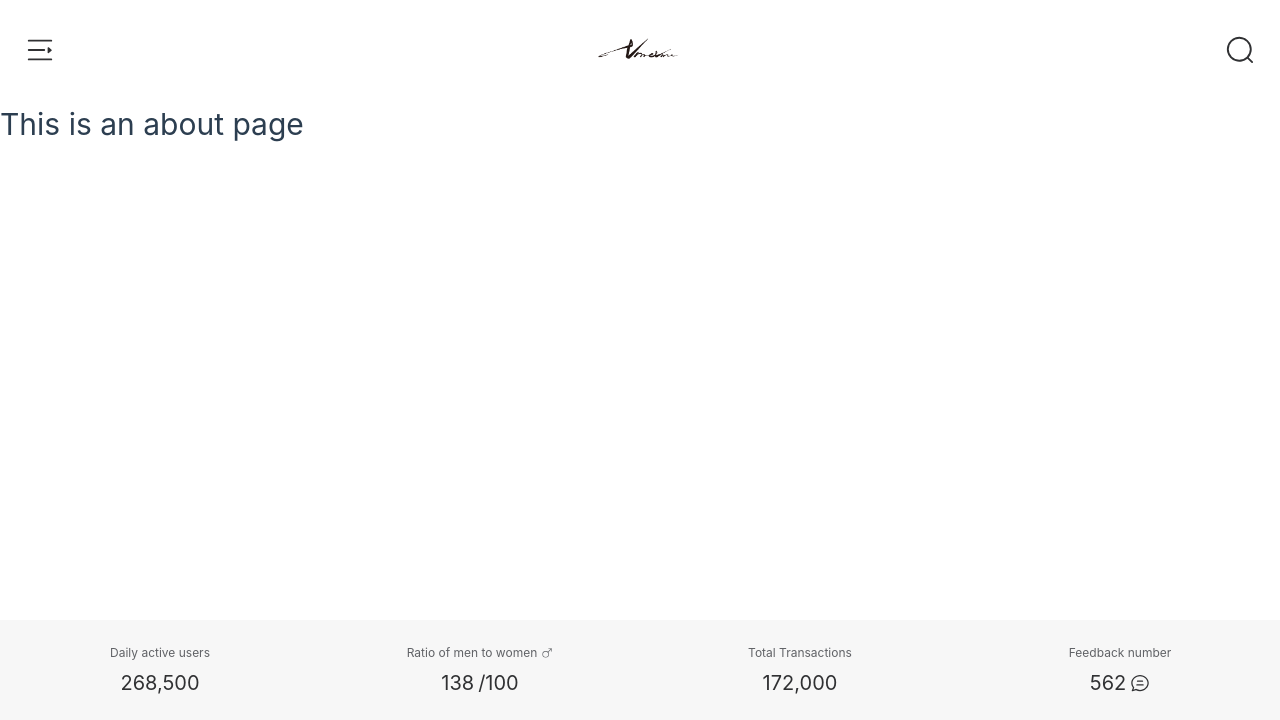
Repository: Umbrella-git/Vinevine
Page: /about
An editor plug-in stored every save of this project. The page is shown before and after the next save, followed by the edit.
The browser window is 1280 px wide. The pictures show the whole page.
The project was rebuilt for these pictures with package versions that can differ from the ones it lists, and the page was loaded fresh each time. Also part of the build but not shown: vite.config.ts, src/components/ImgComputed.vue, src/views/HomeView.vue, src/assets/iconfont.js.

Above is the page before, as saved 2025-07-24 21:30:42.

### index.html
<!DOCTYPE html>
<html lang="">
  <head>
    <meta charset="UTF-8" />
    <link rel="icon" href="src\assets\img\logo\V.svg" />
    <meta name="viewport" content="width=device-width, initial-scale=1.0" />
    <title>Vienvine</title>
  </head>
  <body>
    <div id="app"></div>
    <script type="module" src="/src/main.ts"></script>
  </body>
</html>

### src/main.ts
import "./assets/main.css";

import { createApp } from "vue";
import { createPinia } from "pinia";

import App from "./App.vue";
import router from "./router";
import ElementPlus from "element-plus";
import "element-plus/dist/index.css";

// 引入iconfont
import "@/assets/iconfont.js";

const app = createApp(App);

app.use(createPinia());
app.use(router);
app.use(ElementPlus);

app.mount("#app");

### src/assets/main.css
@import "./base.css";

/* #app {
  max-width: 1280px;
  margin: 0 auto;
  padding: 2rem;
  font-weight: normal;
} */

/* 隐藏滚动条 */
/* *::-webkit-scrollbar {
  display: none;
} */

a,
.green {
  text-decoration: none;
  color: hsla(160, 100%, 37%, 1);
  transition: 0.4s;
  padding: 3px;
}

.el-header,
.el-main,
.el-footer {
  padding: 0 !important;
}

.el-footer {
  position: fixed;
  bottom: 0;
  width: 100%;
  background: #f7f7f7;
  height: 100px !important;
}

@media (hover: hover) {
  a:hover {
    background-color: hsla(160, 100%, 37%, 0.2);
  }
}

/* @media (min-width: 1024px) {
  body {
    display: flex;
    place-items: center;
  }

  #app {
    display: grid;
    grid-template-columns: 1fr 1fr;
    padding: 0 2rem;
  }
} */

### src/App.vue
<script setup lang="ts">
import { RouterLink, RouterView } from "vue-router";
import HelloWorld from "./components/HelloWorld.vue";
import Header from "./components/Header.vue";
import Footer from "./components/Footer.vue";
</script>

<template>
  <el-header><Header /></el-header>
  <el-main><RouterView /></el-main>
  <el-footer><Footer /></el-footer>
</template>

<style>
#app {
  padding: 0;
  margin: 0;
  width: 100%;
}
.icon {
  width: 1em;
  height: 1em;
  vertical-align: -0.15em;
  fill: currentColor;
  overflow: hidden;
}
</style>

<style scoped></style>

### src/router/index.ts
import { createRouter, createWebHistory } from "vue-router";
import HomeView from "../views/HomeView.vue";

const router = createRouter({
  history: createWebHistory(import.meta.env.BASE_URL),
  routes: [
    {
      path: "/",
      name: "home",
      component: HomeView,
    },
    {
      path: "/about",
      name: "about",
      // route level code-splitting
      // this generates a separate chunk (About.[hash].js) for this route
      // which is lazy-loaded when the route is visited.
      component: () => import("../views/AboutView.vue"),
    },
  ],
});

// 路由配置中添加动态参数
// {
//   path: '/user/:id',
//   name: 'user',
//   component: () => import('@/views/UserView.vue')
// }

// // 组件内获取参数
// import { useRoute } from 'vue-router'
// const route = useRoute()
// console.log(route.params.id)  // 输出动态 id

// const routes = [
//   {
//     path: '/dashboard',
//     component: () => import('@/layouts/DashboardLayout.vue'),
//     children: [
//       { path: '', component: () => import('@/views/DashboardHome.vue') },
//       { path: 'settings', component: () => import('@/views/DashboardSettings.vue') }
//     ]
//   }
// ]

// 全局前置守卫 -->例如登录拦截功能-->需在路由文件里配置单个路由的mata
// router.beforeEach((to, from) => {
//   if (to.meta.requiresAuth && !isAuthenticated) {
//     return { name: 'login' }
//   }
// })

export default router;

### src/components/Header.vue
<template>
  <div class="header">
    <el-button text @click="table = true">
      <svg class="icon-font" width="30px" height="30px">
        <use xlink:href="#icon-zhankaicebianlan"></use>
      </svg>
    </el-button>

    <transition name="fade">
      <img
        class="logo"
        src="@/assets/img/logo/V.svg"
        width="100px"
        height="100px"
        v-if="logoFlag"
      />
      <img
        class="logo"
        src="@/assets/img/logo/VINEVINE.svg"
        width="100px"
        height="100px"
        v-else
      />
    </transition>

    <el-button text>
      <svg class="icon-font" width="30px" height="30px">
        <use xlink:href="#icon-sousuo"></use>
      </svg>
    </el-button>

    <el-drawer
      v-model="table"
      title="I have a nested table inside!"
      direction="ltr"
      size="25%"
    >
      <RouterLink to="/about">About</RouterLink>
      <RouterLink to="/">Home</RouterLink>
    </el-drawer>
  </div>
</template>

<script lang="ts" setup>
import { ref } from "vue";
import { useFlagStore } from "@/stores/flag";
import { storeToRefs } from "pinia";

const flagStore = useFlagStore();
const { logoFlag } = storeToRefs(flagStore);

const table = ref(false);
</script>

<style scoped>
.header {
  display: flex;
  justify-content: space-between;
  padding: 10px;
  position: fixed;
  width: 100%;
  background: white;
  z-index: 9999;
  align-items: center;
  height: 100px;
}
.logo {
  position: fixed;
  top: 0;
  left: 50%;
  transform: translate(-50%, 0);
}
</style>

### src/components/Footer.vue
<template>
  <el-row>
    <el-col :span="6">
      <el-statistic title="Daily active users" :value="268500" />
    </el-col>
    <el-col :span="6">
      <el-statistic :value="138">
        <template #title>
          <div style="display: inline-flex; align-items: center">
            Ratio of men to women
            <el-icon style="margin-left: 4px" :size="12">
              <Male />
            </el-icon>
          </div>
        </template>
        <template #suffix>/100</template>
      </el-statistic>
    </el-col>
    <el-col :span="6">
      <el-statistic title="Total Transactions" :value="outputValue" />
    </el-col>
    <el-col :span="6">
      <el-statistic title="Feedback number" :value="562">
        <template #suffix>
          <el-icon style="vertical-align: -0.125em">
            <ChatLineRound />
          </el-icon>
        </template>
      </el-statistic>
    </el-col>
  </el-row>
</template>

<script lang="ts" setup>
import { ref } from "vue";
import { useTransition } from "@vueuse/core";
import { ChatLineRound, Male } from "@element-plus/icons-vue";

const source = ref(0);
const outputValue = useTransition(source, {
  duration: 1500,
});
source.value = 172000;
</script>

<style scoped>
.el-col {
  text-align: center;
}
.el-row {
  margin-top: 23px;
}
</style>

### src/stores/flag.ts
import { ref } from "vue";
import { defineStore } from "pinia";

export const useFlagStore = defineStore("flag", () => {
  const logoFlag = ref(false);
  return { logoFlag };
});

### src/components/Main.vue
<template>
  <div
    class="infinite-list-wrapper scroll-container"
    style="overflow: auto"
    @scroll="handleScroll"
  >
    <ul
      v-infinite-scroll="load"
      class="list"
      :infinite-scroll-disabled="disabled"
    >
      <li class="list-item">
        <ImgComputed :style="1" :imgList="imagesRef.slice(0, 1)" />
      </li>
      <li class="list-item">
        <ImgComputed :style="1" :imgList="imagesRef.slice(1, 2)" />
      </li>
      <!-- <li class="list-item">
        <ImgComputed :style="4" :imgList="imagesRef.slice(2, 6)" />
      </li>
      <li class="list-item">
        <ImgComputed :style="2" :imgList="imagesRef.slice(6, 8)" />
      </li>
      <li class="list-item">
        <ImgComputed :style="2" :imgList="imagesRef.slice(8, 10)" />
      </li>
      <li class="list-item">
        <ImgComputed :style="4" :imgList="imagesRef.slice(10, 14)" />
      </li>
      <li class="list-item">
        <ImgComputed :style="2" :imgList="imagesRef.slice(14, 16)" />
      </li>
      <li class="list-item">
        <ImgComputed :style="2" :imgList="imagesRef.slice(16, 18)" />
      </li> -->
    </ul>
    <p v-if="loading">Loading...</p>
    <p v-if="noMore">No more</p>
  </div>
</template>

<script lang="ts" setup>
import { computed, ref, onMounted, onUnmounted } from "vue";
import ImgComputed from "@/components/ImgComputed.vue";
import { useFlagStore } from "@/stores/flag";

const count = ref(10);
const loading = ref(false);
const noMore = computed(() => count.value >= 20);
const disabled = computed(() => loading.value || noMore.value);
const load = () => {
  // loading.value = true;
  // setTimeout(() => {
  //   count.value += 2;
  //   loading.value = false;
  // }, 2000);
};

const obj = import.meta.glob("@/assets/img/main_img/**/*.{png,jpg,jpeg,gif}", {
  as: "url",
});

const imagesRef = ref<string[]>([]);

for (const key in obj) {
  obj[key]().then((res) => {
    imagesRef.value.push(res);
  });
}

const flagStore = useFlagStore();

onMounted(() => {
  window.addEventListener("scroll", handleScroll);
});

onUnmounted(() => {
  window.removeEventListener("scroll", handleScroll);
});
const handleScroll = () => {
  // 获取滚动高度
  const scrollTop = window.scrollY;
  const scrollHeight = document.documentElement.scrollHeight;
  const clientHeight = document.documentElement.clientHeight;
  const currentIndex = scrollTop / (scrollHeight - clientHeight);
  flagStore.logoFlag = currentIndex > 0;
};
</script>

<style>
.el-main {
  margin-top: 40px;
}
.list-item {
  overflow: hidden;
  width: 100%;
}
.infinite-list-wrapper {
  height: 100%;
  text-align: center;
}
.infinite-list-wrapper .list {
  padding: 0;
  margin: 0;
  list-style: none;
}

.infinite-list-wrapper .list-item {
  display: flex;
  align-items: center;
  justify-content: center;
}
.infinite-list-wrapper .list-item + .list-item {
  margin-top: 10px;
  margin-bottom: 120px;
}

.scroll-container {
  height: 100%; /* 或其他你需要的具体高度 */
  overflow-y: scroll;
}

.fade-enter-active,
.fade-leave-active {
  transition: opacity 1s; /* 设置动画时间为1秒 */
}
.fade-enter-from,
.fade-leave-to {
  opacity: 0; /* 开始和结束时的透明度 */
}
</style>

Loaded but not shown: src/assets/base.css (common file); src/views/AboutView.vue (common file)

After the next save:
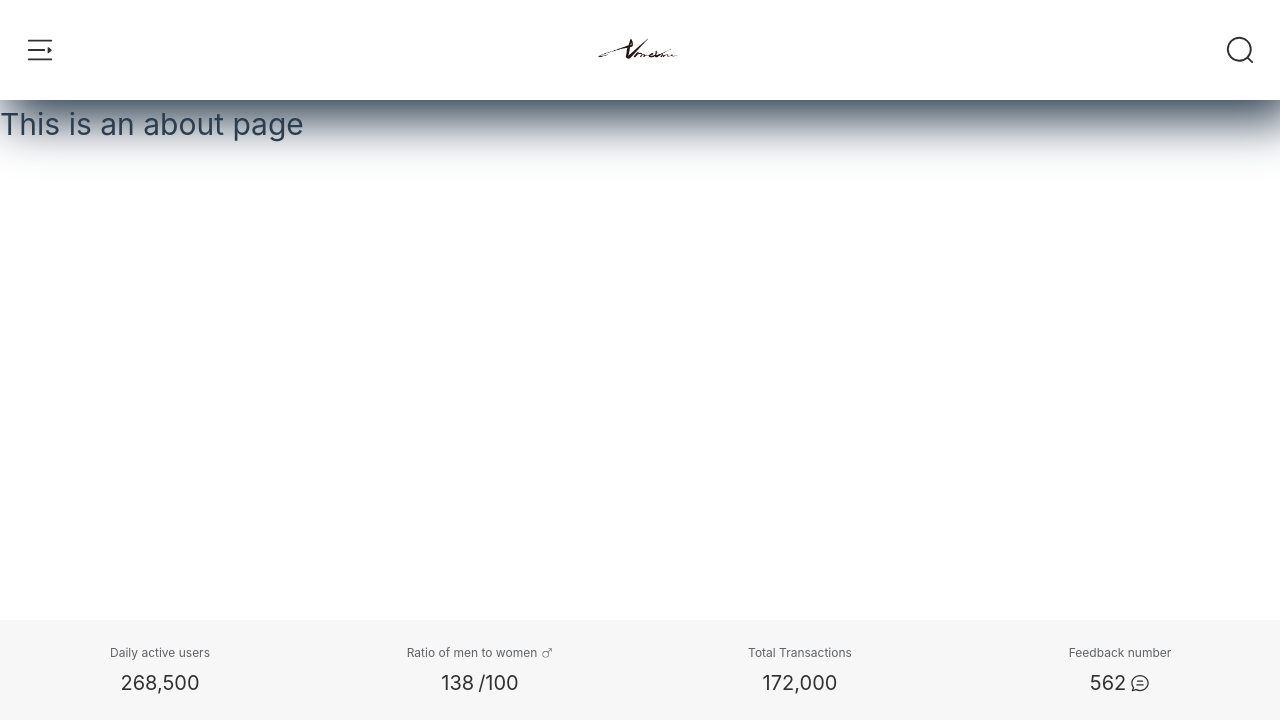
Saved 2 min 56 s later.
--- a/src/components/Header.vue
+++ b/src/components/Header.vue
@@ -54,6 +54,7 @@
 
 <style scoped>
 .header {
+  box-shadow: 10px 15px 50px 5px;
   display: flex;
   justify-content: space-between;
   padding: 10px;
